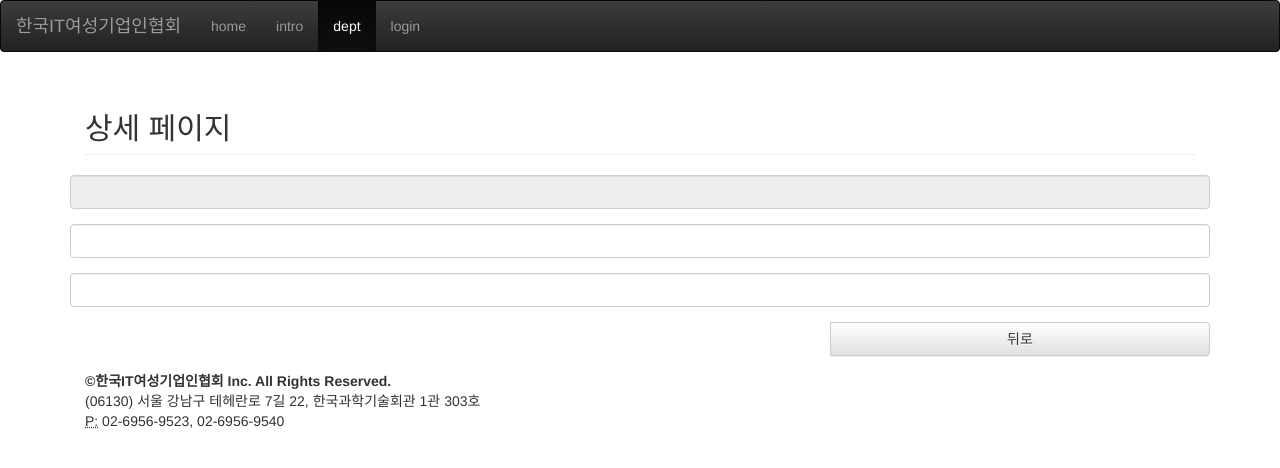
Repository: minho00123/sw-professional-training
Page: http://localhost/sts08/WEB-INF/views/dept/dept.jsp
The author's editor kept a copy of each file at every save. The page is drawn from the files as they stood at one save, then again after a run of saves.
The browser window is 1280 px wide. The pictures show the whole page.
After loading, the first visible `a.btn` was clicked once.
The page is served by Tomcat 9. Nobody is signed in. Other server files are loaded and not shown. The template is opened directly, without the code that normally fills it, so the values that code supplies are empty.

Above is the page before, as saved 2025-05-21 03:33:12.
Console error (its wording comes from the project's code and is left out).

### stsWorkspace/sts08/src/main/webapp/WEB-INF/views/dept/dept.jsp
<%@ page language="java" contentType="text/html; charset=UTF-8"
	pageEncoding="UTF-8"%>
<!DOCTYPE html>
<html>
<head>
<meta charset="UTF-8">
<title>Insert title here</title>
<%@ include file="../layout/header.jspf"%>
</head>
<body>
	<%@ include file="../layout/menu.jspf"%>
	<h2 class="page-header">상세 페이지</h2>
	<form action="./" method="post" class="form-horizontal">
		<div class="form-group">
			<label class="sr-only">deptno</label><input name="deptno"
				class="form-control" value="${bean.deptno }" readonly />
		</div>
		<div class="form-group">
			<label class="sr-only">dname</label><input name="dname"
				class="form-control" value="${bean.dname }" readonly />
		</div>
		<div class="form-group">
			<label class="sr-only">location</label><input name="loc"
				class="form-control" value="${bean.loc }" readonly />
		</div>
		<div class="form-group" id="detail">
			<div class="btn-group btn-group-justified" role="group">
				<div class="btn-group" role="group">
					<a href="#" class="btn btn-default" role="button">수정</a>
				</div>
				<div class="btn-group" role="group">
					<a href="#" class="btn btn-danger" role="button">삭제</a>
				</div>
				<div class="btn-group" role="group">
					<button type="button" class="btn btn-default"
						onclick="history.back();">뒤로</button>
				</div>
			</div>
		</div>
		<div class="form-group" id="edit">
			<div class="btn-group btn-group-justified" role="group">
				<div class="btn-group" role="group">
					<button type="submit" class="btn btn-primary">수정</button>
				</div>
				<div class="btn-group" role="group">
					<button type="reset" class="btn btn-default">취소</button>
				</div>
				<div class="btn-group" role="group">
					<button type="button" class="btn btn-default"
						onclick="history.back();">뒤로</button>
				</div>
			</div>
		</div>
	</form>
	<%@ include file="../layout/footer.jspf"%>
	<script type="text/javascript">
		$(function() {
			$('#edit').hide();
			$('#detail a').eq(0).click(function(e) {
				e.preventDefault();
				$('form .btn-group>a').hide();
				$('form .btn-group>button').show();
				$('form input').eq(1).removeProp('readonly');
				$('form input').eq(2).removeProp('readonly');
				return false;
			});
			$('form .btn-group>a').eq(1).click(function(e) {
				e.preventDefault();
				alert('삭제');
				return false;
			});
		});
	</script>
</body>
</html>

### stsWorkspace/sts08/src/main/webapp/WEB-INF/views/layout/header.jspf
<%@ page language="java" contentType="text/html; charset=UTF-8"
    pageEncoding="UTF-8"%>
<%@ taglib prefix="c" uri="http://java.sun.com/jsp/jstl/core"%>
<!-- Latest compiled and minified CSS -->
<link rel="stylesheet"
	href="https://cdn.jsdelivr.net/npm/bootstrap@3.4.1/dist/css/bootstrap.min.css"
	integrity="sha384-HSMxcRTRxnN+Bdg0JdbxYKrThecOKuH5zCYotlSAcp1+c8xmyTe9GYg1l9a69psu"
	crossorigin="anonymous">

<!-- Optional theme -->
<link rel="stylesheet"
	href="https://cdn.jsdelivr.net/npm/bootstrap@3.4.1/dist/css/bootstrap-theme.min.css"
	integrity="sha384-6pzBo3FDv/PJ8r2KRkGHifhEocL+1X2rVCTTkUfGk7/0pbek5mMa1upzvWbrUbOZ"
	crossorigin="anonymous">

<!-- Latest compiled and minified JavaScript -->
<script
	src="https://cdn.jsdelivr.net/npm/bootstrap@3.4.1/dist/js/bootstrap.min.js"
	integrity="sha384-aJ21OjlMXNL5UyIl/XNwTMqvzeRMZH2w8c5cRVpzpU8Y5bApTppSuUkhZXN0VxHd"
	crossorigin="anonymous"></script>

<!-- jQuery (necessary for Bootstrap's JavaScript plugins) -->
<script src="https://code.jquery.com/jquery-1.12.4.min.js"
	integrity="sha384-nvAa0+6Qg9clwYCGGPpDQLVpLNn0fRaROjHqs13t4Ggj3Ez50XnGQqc/r8MhnRDZ"
	crossorigin="anonymous"></script>

### stsWorkspace/sts08/src/main/webapp/WEB-INF/views/layout/menu.jspf
<%@ page language="java" contentType="text/html; charset=UTF-8"
	pageEncoding="UTF-8"%>
<nav class="navbar navbar-inverse">
	<div class="container-fluid">
		<div class="navbar-header">
			<a class="navbar-brand" href="${pageContext.request.contextPath }/">
				한국IT여성기업인협회 </a>
		</div>
		<div class="collapse navbar-collapse"
			id="bs-example-navbar-collapse-1">
			<ul class="nav navbar-nav">
				<%
					String url = request.getRequestURI().substring((request.getContextPath() + "/WEB-INF/views").length());
					if (url.equals("/index.jsp")) {
						pageContext.setAttribute("menu", "menu1");
					} else if (url.equals("/intro.jsp")) {
						pageContext.setAttribute("menu", "menu2");
					} else if (url.startsWith("/dept/")) {
						pageContext.setAttribute("menu", "menu3");
					} else if (url.startsWith("/login/")) {
						pageContext.setAttribute("menu", "menu4");
					}
				%>
				<li class="${menu eq 'menu1' ? 'active' : '' }"><a
					href="${pageContext.request.contextPath }/">home</a></li>
				<li class="${menu eq 'menu2' ? 'active' : '' }"><a
					href="${pageContext.request.contextPath }/intro">intro</a></li>
				<li class="${menu eq 'menu3' ? 'active' : '' }"><a
					href="${pageContext.request.contextPath }/dept/">dept</a></li>
				<li class="${menu eq 'menu4' ? 'active' : '' }"><a
					href="${pageContext.request.contextPath }/login/">login</a></li>
			</ul>
		</div>
	</div>
</nav>
<div class="container">
	<div class="col-md-12">
		<!-- begin -->

### stsWorkspace/sts08/src/main/webapp/WEB-INF/views/layout/footer.jspf
<%@ page language="java" contentType="text/html; charset=UTF-8"
    pageEncoding="UTF-8"%>
			<!-- end -->
		</div>
		<div class="col-md-12">
			<address>
				<strong>©한국IT여성기업인협회 Inc. All Rights Reserved.</strong><br>
				(06130) 서울 강남구 테헤란로 7길 22, 한국과학기술회관 1관 303호 <br> <abbr
					title="Phone">P:</abbr> 02-6956-9523, 02-6956-9540
			</address>
		</div>
	</div>

After the next 2 saves:
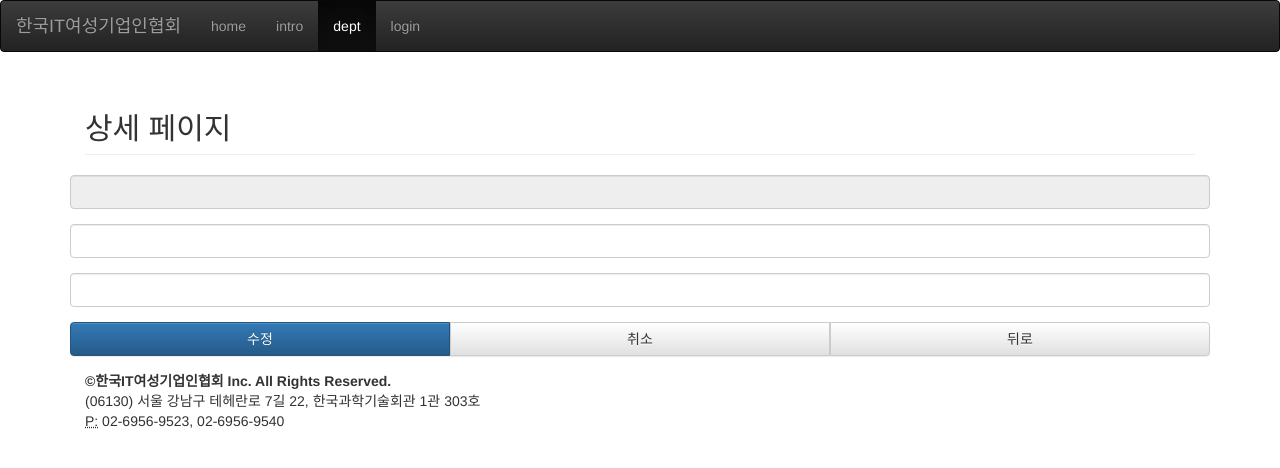
The 2 saves are shown as one change because they came seconds apart.
The last was saved 17 s later.
--- a/stsWorkspace/sts08/src/main/webapp/WEB-INF/views/dept/dept.jsp
+++ b/stsWorkspace/sts08/src/main/webapp/WEB-INF/views/dept/dept.jsp
@@ -58,8 +58,8 @@
 			$('#edit').hide();
 			$('#detail a').eq(0).click(function(e) {
 				e.preventDefault();
-				$('form .btn-group>a').hide();
-				$('form .btn-group>button').show();
+				$('#detail').hide();
+				$('#edit').show();
 				$('form input').eq(1).removeProp('readonly');
 				$('form input').eq(2).removeProp('readonly');
 				return false;
